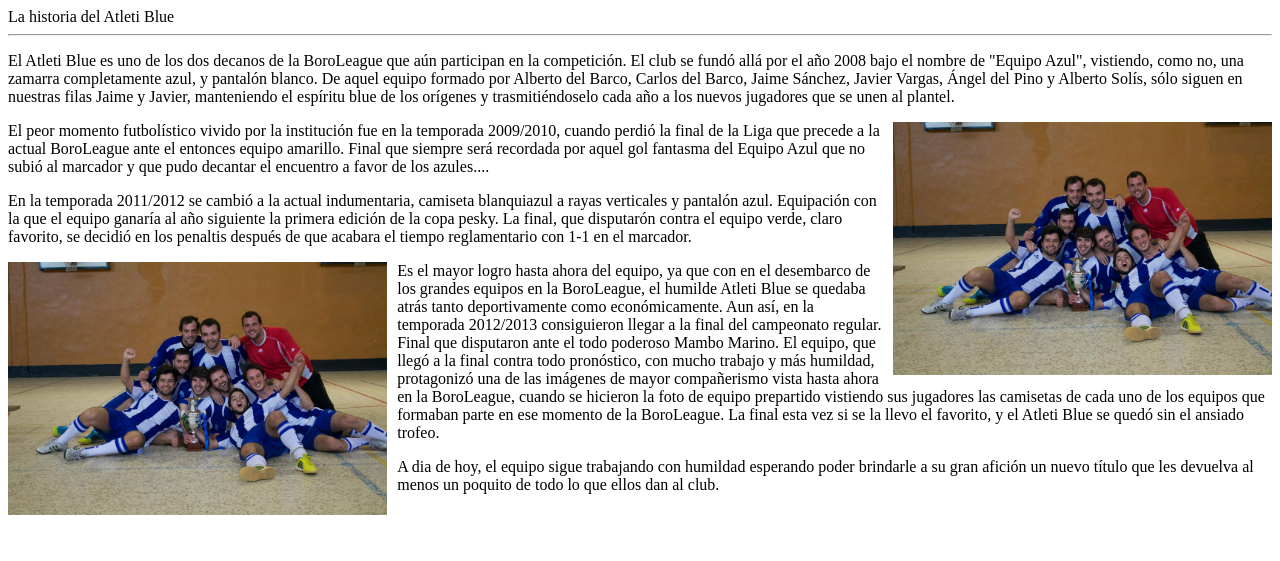
Repository: DiegoGodoy/atletiblue
Page: app/views/historia.html
The author's editor kept a record of every edit. The page is drawn from the files as they stood at one moment, then again after the next edit.
The browser window is 1280 px wide. The pictures show the whole page.

Above is the page before.

After the next edit:
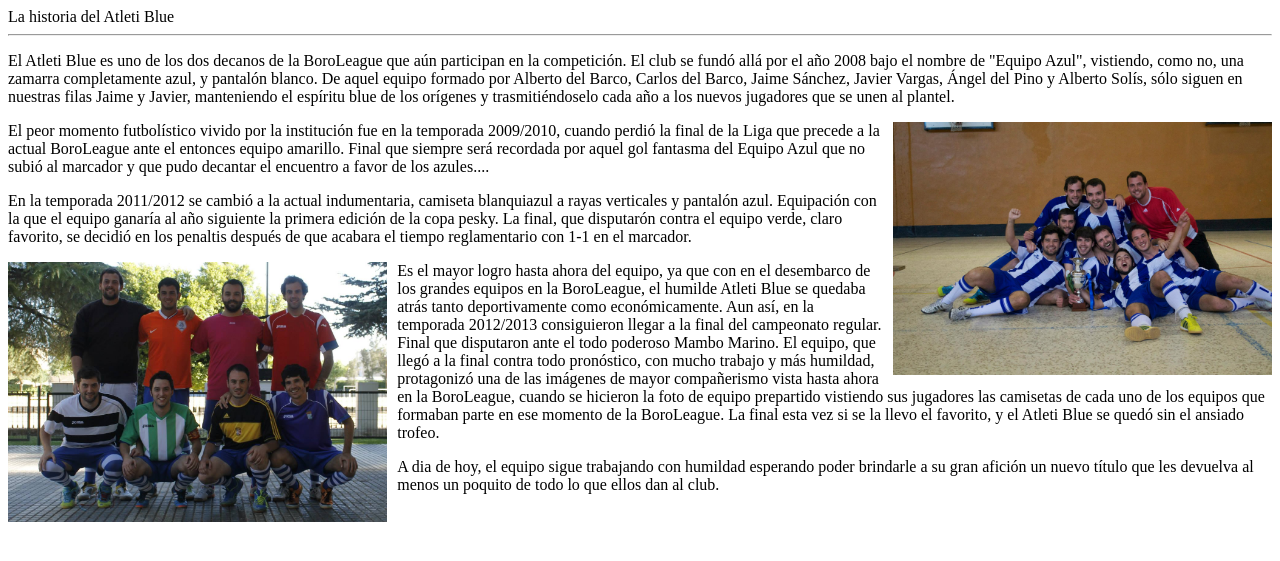
The edit:
--- a/app/views/historia.html
+++ b/app/views/historia.html
@@ -19,7 +19,7 @@
                             <p>En la temporada 2011/2012 se cambió a la actual indumentaria, camiseta blanquiazul a rayas verticales y pantalón azul. Equipación con la que el equipo ganaría
                             al año siguiente la primera edición de la copa pesky. La final, que disputarón contra el equipo verde, claro favorito, se decidió en los penaltis después de que
                             acabara el tiempo reglamentario con 1-1 en el marcador.</p>
-                            <div ><img src="images/historia/pesky.jpg" style="float: left; border: 0; width: 30%; height: auto; padding-right: 10px" alt="Foto final 2012/2013"></div>
+                            <div ><img src="images/historia/final13.png" style="float: left; border: 0; width: 30%; height: auto; padding-right: 10px" alt="Foto final 2012/2013"></div>
                             <p>Es el mayor logro hasta ahora del equipo, ya que con en el desembarco de los grandes equipos en la BoroLeague, el humilde Atleti Blue se quedaba atrás tanto
                             deportivamente como económicamente. Aun así, en la temporada 2012/2013 consiguieron llegar a la final del campeonato regular. Final que disputaron ante el todo
                             poderoso Mambo Marino. El equipo, que llegó a la final contra todo pronóstico, con mucho trabajo y más humildad, protagonizó una de las imágenes de mayor compañerismo
